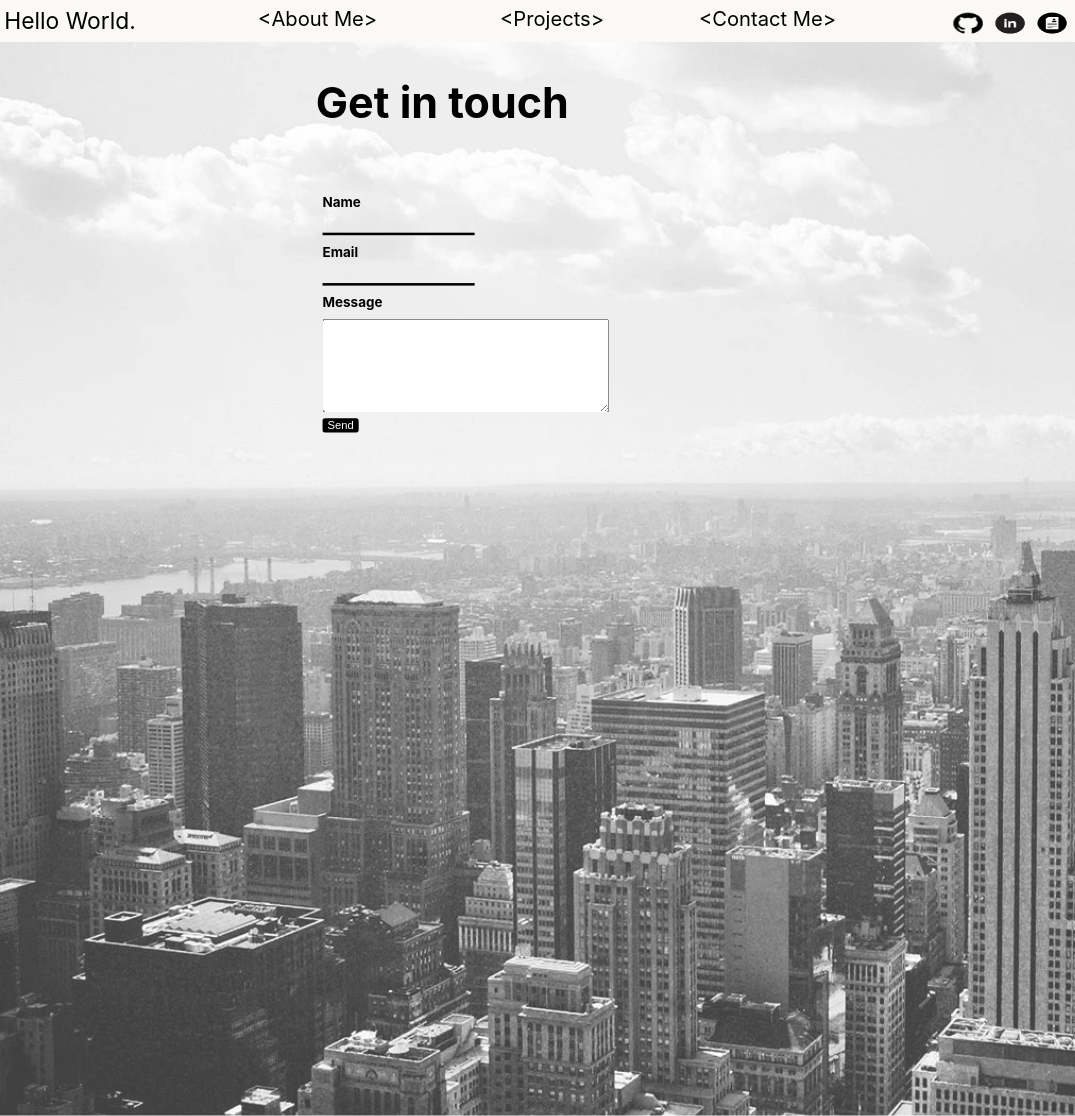
Repository: ghend99/website_ethan_pratt
Page: /contact
These files come from the project's save history. The page is drawn as it stood at one moment and after the next save; the edit follows.
The browser window is 1280 px wide. The pictures show the whole page, at 84% of full size.
The project was rebuilt for these pictures with package versions that can differ from the ones it lists, and the page was loaded fresh each time. Also part of the build but not shown: src/pages/home.js, src/css/about.css, src/pages/about.js, src/pages/project.js.

Above is the page before, as saved 2023-04-03 11:49:29.

After the next save:
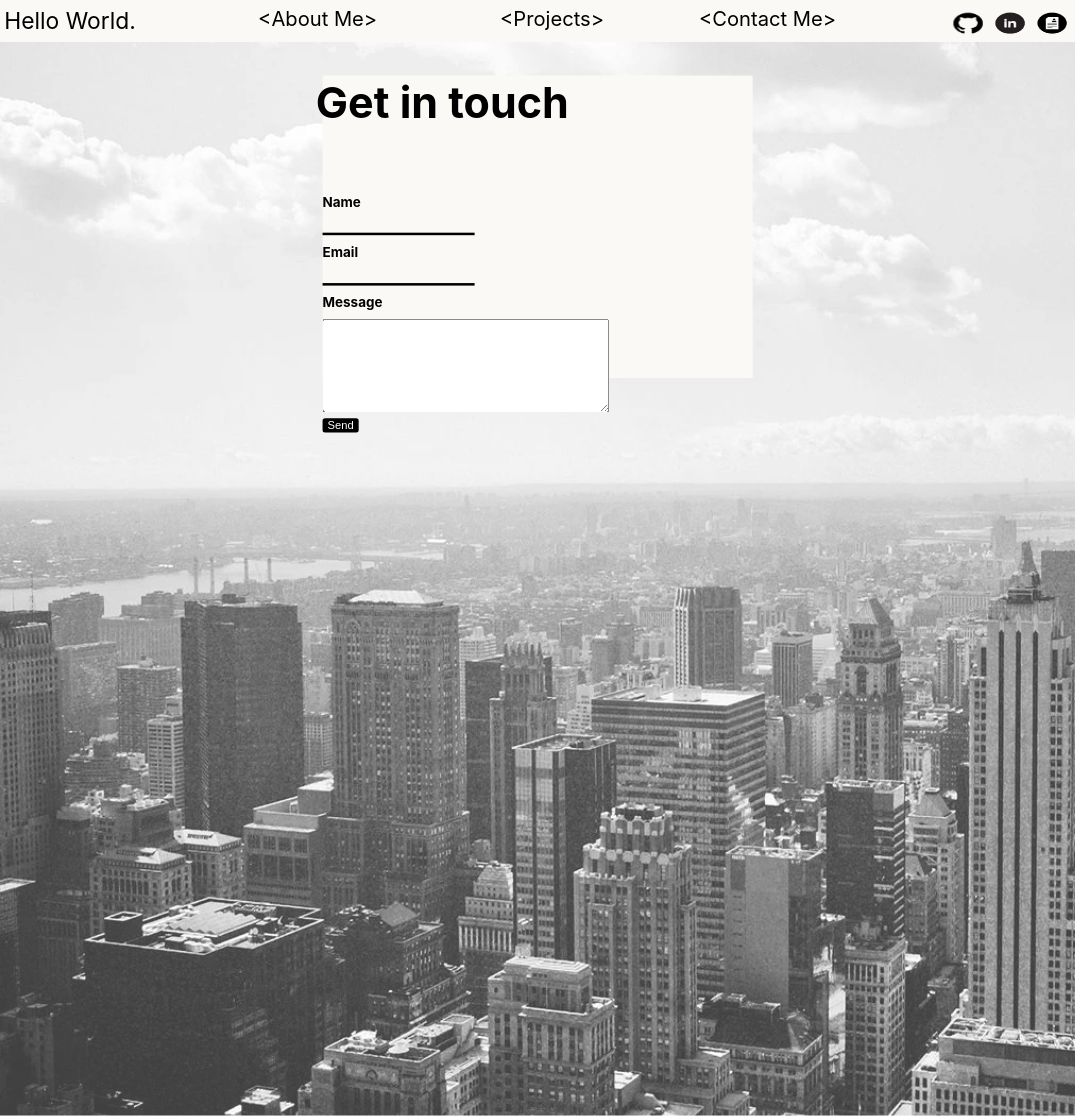
Saved 4 s later.
--- a/src/css/contact.css
+++ b/src/css/contact.css
@@ -4,7 +4,7 @@
   min-width: 30%;
   height: 360px;
   top: 40px;
-  /* background-color: #faf9f6; */
+  background-color: #faf9f6;
 
   margin-left: auto;
   margin-right: auto;

After the 2 saves that followed:
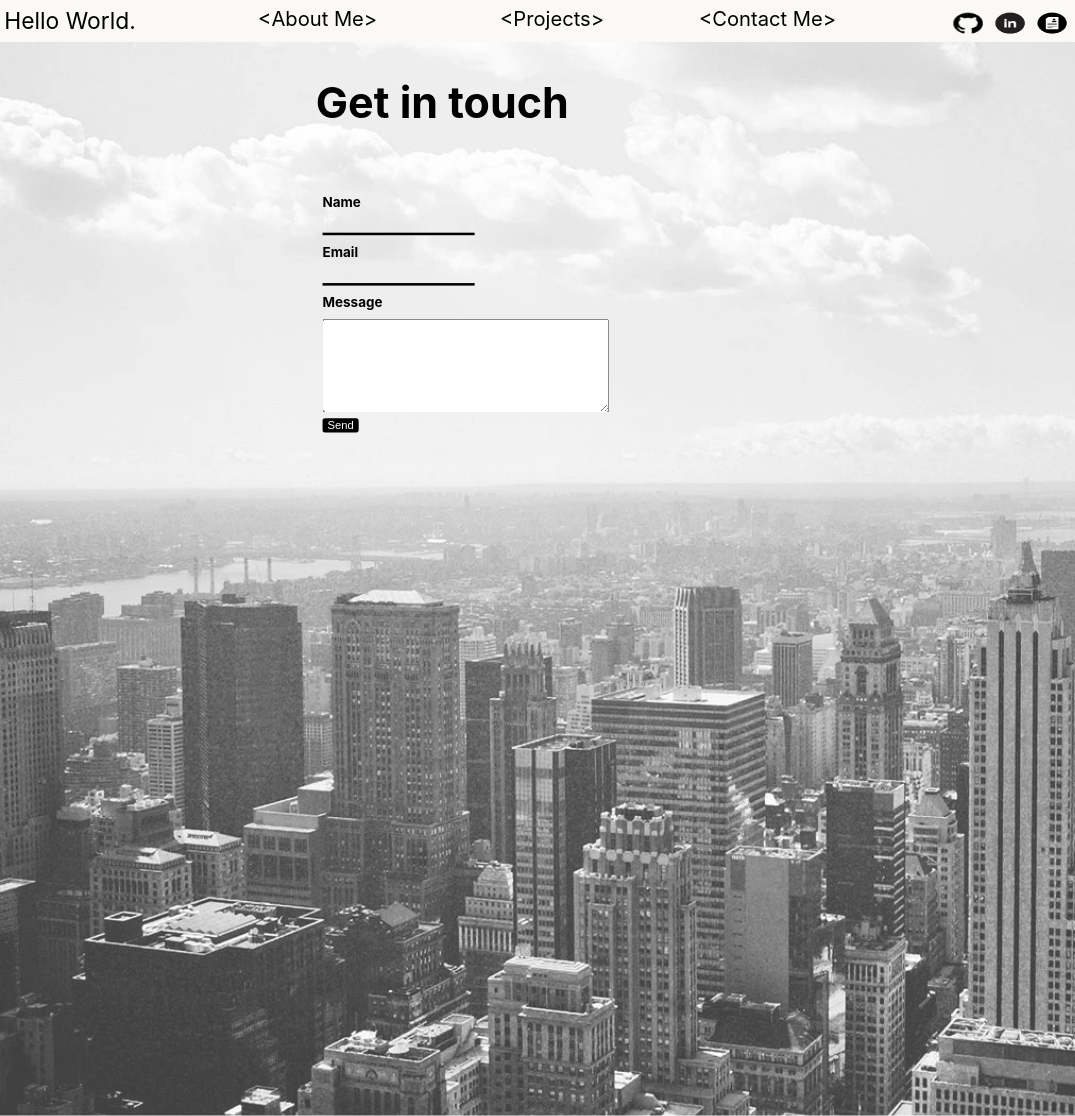
The 2 saves are shown as one change because they came seconds apart.
The last was saved 11 s later.
--- a/src/css/contact.css
+++ b/src/css/contact.css
@@ -4,8 +4,6 @@
   min-width: 30%;
   height: 360px;
   top: 40px;
-  background-color: #faf9f6;
-
   margin-left: auto;
   margin-right: auto;
 }
